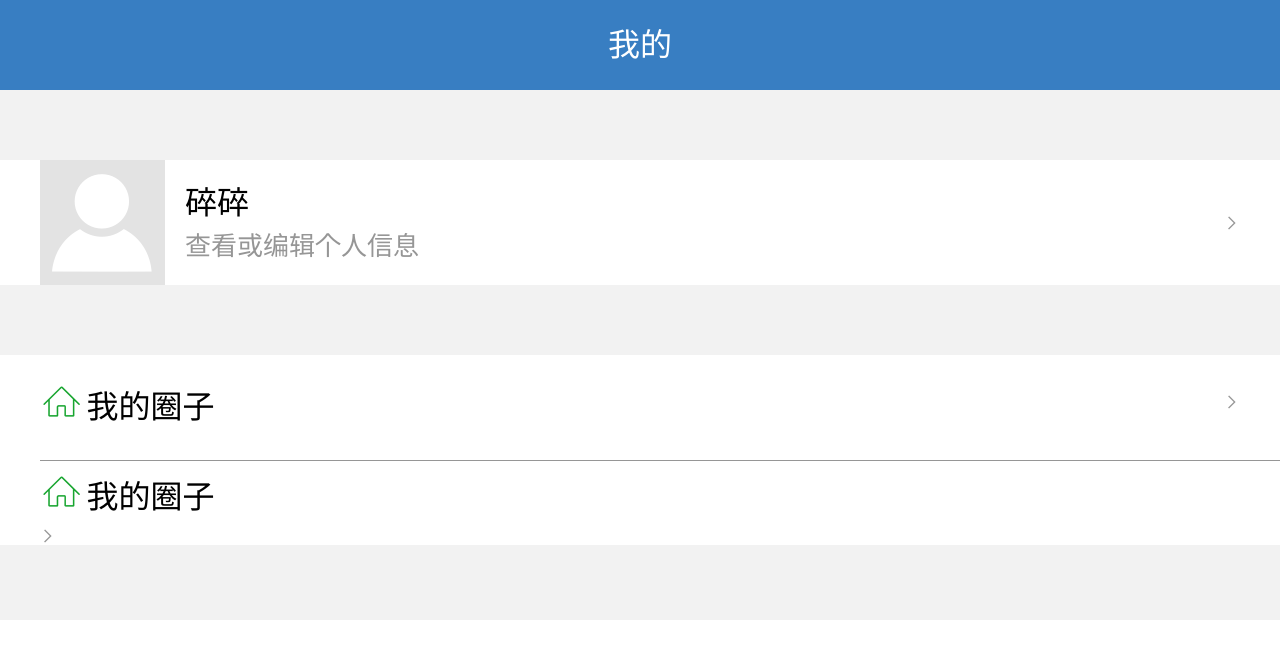
Repository: A1LExX/H5_study_set
Page: myProfile/index.html
An editor plug-in stored every save of this project. The page is shown before and after the next save, followed by the edit.
The browser window is 1280 px wide. The pictures show the whole page.
An inner scrolling area shows only its first screen.

Above is the page before, as saved 2021-07-12 20:42:01.

### myProfile/index.html
<!--
@author [Alex Wei]
@email [w2262196@outlook.com]
@create date 2021-07-12 18:52:43
@modify date 2021-07-12 20:41:53
@desc [description]
-->
<!DOCTYPE html>
<html lang="en">

<head>
    <meta charset="UTF-8">
    <meta http-equiv="X-UA-Compatible" content="IE=edge">
    <meta name="viewport" content="width=device-width, initial-scale=1.0">
    <!-- 引入重制样式表 -->
    <link rel="stylesheet" href="./css/reset.css">
    <!-- 引入移动端适配js -->
    <script src="./js/rem.js"></script>
    <!-- 引入字体图标样式表 -->
    <link rel="stylesheet" href="./css/iconfont.css">
    <!-- 引入当前页面样式表 -->
    <link rel="stylesheet" href="./css/index.css">
    <title>Document</title>
</head>

<body>
    <!-- 页眉 -->
    <div id="top">我的</div>
    <!-- 中间部分 -->
    <div id="mid">
        <div class="proFile">
            <div class="profileLeft">
                <div class="profileImg">
                    <span class="iconfont icon-icontouxiang"></span>
                </div>
                <div class="profileWord">
                    <span>碎碎</span>
                    <span>查看或编辑个人信息</span>
                </div>
            </div>
            <div class="iconfont icon-arrow-right"></div>
        </div>
        <div class="itemOne">
            <div class="itemTop">
                <div class="itemDown">
                    <span class="iconfont icon-fangzi1"></span>
                    <span>我的圈子</span>
                </div>
            <div class="iconfont icon-arrow-right"></div>
            </div>
            <div class="itemTop2">
                <div class="itemDown">
                    <span class="iconfont icon-fangzi1"></span>
                    <span>我的圈子</span>
                </div>
            <div class="iconfont icon-arrow-right"></div>
            </div>

        </div>
        <div class="itemTwo"></div>
        <div class="setting"></div>
    </div>
    <!-- 页脚 -->
    <div id="footer"></div>
</body>

</html>

### myProfile/css/reset.css
/**
 * @author [Alex Wei]
 * @email [w2262196@outlook.com]
 * @create date 2021-07-12 19:03:59
 * @modify date 2021-07-12 19:05:27
 * @desc [description]
 */
/*
KISSY CSS Reset
理念：1. reset 的目的不是清除浏览器的默认样式，这仅是部分工作。清除和重置是紧密不可分的。
2. reset 的目的不是让默认样式在所有浏览器下一致，而是减少默认样式有可能带来的问题。
3. reset 期望提供一套普适通用的基础样式。但没有银弹，推荐根据具体需求，裁剪和修改后再使用。
特色：1. 适应中文；2. 基于最新主流浏览器。
维护：玉伯<lifesinger@gmail.com>, 正淳<ragecarrier@gmail.com>
 */

/** 清除内外边距 **/
body, h1, h2, h3, h4, h5, h6, hr, p, blockquote, /* structural elements 结构元素 */
dl, dt, dd, ul, ol, li, /* list elements 列表元素 */
pre, /* text formatting elements 文本格式元素 */
form, fieldset, legend, button, input, textarea, /* form elements 表单元素 */
th, td /* table elements 表格元素 */ {
  margin: 0;
  padding: 0;
}

/** 设置默认字体 **/
body,
button, input, select, textarea /* for ie */ {
  font: 12px/1.5 tahoma, arial, \5b8b\4f53, sans-serif;
}
h1, h2, h3, h4, h5, h6 { font-size: 100%; }
address, cite, dfn, em, var { font-style: normal; } /* 将斜体扶正 */
code, kbd, pre, samp { font-family: courier new, courier, monospace; } /* 统一等宽字体 */
small { font-size: 12px; } /* 小于 12px 的中文很难阅读，让 small 正常化 */

/** 重置列表元素 **/
ul, ol { list-style: none; }

/** 重置文本格式元素 **/
a { text-decoration: none; }
a:hover { text-decoration: underline; }


/** 重置表单元素 **/
legend { color: #000; } /* for ie6 */
fieldset, img { border: 0; } /* img 搭车：让链接里的 img 无边框 */
button, input, select, textarea { font-size: 100%; } /* 使得表单元素在 ie 下能继承字体大小 */
/* 注：optgroup 无法扶正 */

/** 重置表格元素 **/
table { border-collapse: collapse; border-spacing: 0; }

/* 清除浮动 */
.ks-clear:after, .clear:after {
  content: '\20';
  display: block;
  height: 0;
  clear: both;
}

.ks-clear, .clear {
  *zoom: 1;
}

### myProfile/js/rem.js
//designWidth:设计稿的实际宽度值，需要根据实际设置
//maxWidth:制作稿的最大宽度值，需要根据实际设置
//这段js的最后面有两个参数记得要设置，一个为设计稿实际宽度，一个为制作稿最大宽度，例如设计稿为750，最大宽度为750，则为(750,750)
;(function(designWidth, maxWidth) {
	var doc = document,
	win = window,
	docEl = doc.documentElement,
	remStyle = document.createElement("style"),
	tid;

	function refreshRem() {
		var width = docEl.getBoundingClientRect().width;
		maxWidth = maxWidth || 540;
		width>maxWidth && (width=maxWidth);
		//屏幕宽度 * 100 / 设计稿宽度
		var rem = width * 100 / designWidth;
		remStyle.innerHTML = 'html{font-size:' + rem + 'px;}';
	}

	if (docEl.firstElementChild) {
		docEl.firstElementChild.appendChild(remStyle);
	} else {
		var wrap = doc.createElement("div");
		wrap.appendChild(remStyle);
		doc.write(wrap.innerHTML);
		wrap = null;
	}
	//要等 wiewport 设置好后才能执行 refreshRem，不然 refreshRem 会执行2次；
	refreshRem();

	win.addEventListener("resize", function() {
		clearTimeout(tid); //防止执行两次
		tid = setTimeout(refreshRem, 300);
	}, false);

	win.addEventListener("pageshow", function(e) {
		if (e.persisted) { // 浏览器后退的时候重新计算
			clearTimeout(tid);
			tid = setTimeout(refreshRem, 300);
		}
	}, false);

	if (doc.readyState === "complete") {
		doc.body.style.fontSize = "16px";
	} else {
		doc.addEventListener("DOMContentLoaded", function(e) {
			doc.body.style.fontSize = "16px";
		}, false);
	}
})(750, 750);

### myProfile/css/iconfont.css
@font-face {
  font-family: "iconfont"; /* Project id  */
  src: url('../fonts/iconfont.ttf?t=1626088719469') format('truetype');
}

.iconfont {
  font-family: "iconfont" !important;
  font-size: 16px;
  font-style: normal;
  -webkit-font-smoothing: antialiased;
  -moz-osx-font-smoothing: grayscale;
}

.icon-arrow-right:before {
  content: "\e601";
}

.icon-fangzi:before {
  content: "\e614";
}

.icon-fangzi1:before {
  content: "\e6d3";
}

.icon-icontouxiang:before {
  content: "\e622";
}

.icon-quanquanb:before {
  content: "\e6d4";
}

.icon-baobiao:before {
  content: "\e65c";
}

.icon-liuyan:before {
  content: "\e615";
}

.icon-shouye:before {
  content: "\e60b";
}

.icon-baoming:before {
  content: "\e664";
}

.icon-shezhi:before {
  content: "\e63a";
}

.icon-dibudaohanglan-:before {
  content: "\e630";
}

.icon-renyuan:before {
  content: "\e61a";
}

### myProfile/css/index.css
/**
 * @author [Alex Wei]
 * @email [w2262196@outlook.com]
 * @create date 2021-07-12 19:23:21
 * @modify date 2021-07-12 20:42:01
 * @desc [description]
 */
html, body{
    width: 100%;
    height: 100%;
}

body{
    display: flex;
    flex-direction: column;
}

#top{
    height: .9rem;
    background: #387ec2;
    color: white;
    font-size: .32rem;
    line-height: .9rem;
    text-align: center;
}


#mid{
    flex: 1;
    background: #f2f2f2;
    overflow: scroll;
    display: flex;
    flex-direction: column;
}

#mid .profileImg{
    width: 1.25rem;
    height: 1.25rem;
    background: #e3e3e3;
    text-align: center;
    margin-right: .20rem;
}

.proFile{
    display: flex;
    justify-content: space-between;
    align-items: center;
    background: white;
    height: 1.6rem;
}

.icon-icontouxiang{
    font-size: 1rem;
    line-height: 1.25rem;
    /* text-align: center; */
    color: white;
}

.profileLeft{
    display: flex;
    justify-content: space-between;
    align-items: center;
}

.profileWord span:first-child{
    font-size: .32rem;
}

.profileWord span:last-child{
    /* display: inline; */
    display: block;
    font-size: .26rem;
    color: #969696;
}

.icon-arrow-right{
    color: #969696;
    margin-right: .4rem;
}

#mid>div{
    margin-top: .7rem;
}

#mid>div{
    padding-left: .4rem;
    /* padding-right: .4rem; */
}

.itemOne{
    height: 1.9rem;
    background: white;
    display: flex;
    flex-direction: column;
}

.itemTop{
    display: flex;
    justify-content: space-between;
    line-height: .95rem;
    border-bottom: 0.01rem solid #969696;
}

.itemDown span:first-child{
    font-size: .42rem;
    color: rgb(23, 165, 47);
}

.itemDown span:last-child{
    font-size: .32rem;
}

.itemTop{
    display: flex;
    justify-content: space-between;
    line-height: .95rem;
    border-bottom: 0.01rem solid #969696;
}

.itemTwo{
    height: 1.9rem;
    background: white;
    display: flex;
    flex-direction: column;
}

.setting{
    height: .96rem;
    background: white;
}

#footer{
    height: 1rem;
}

After the next save:
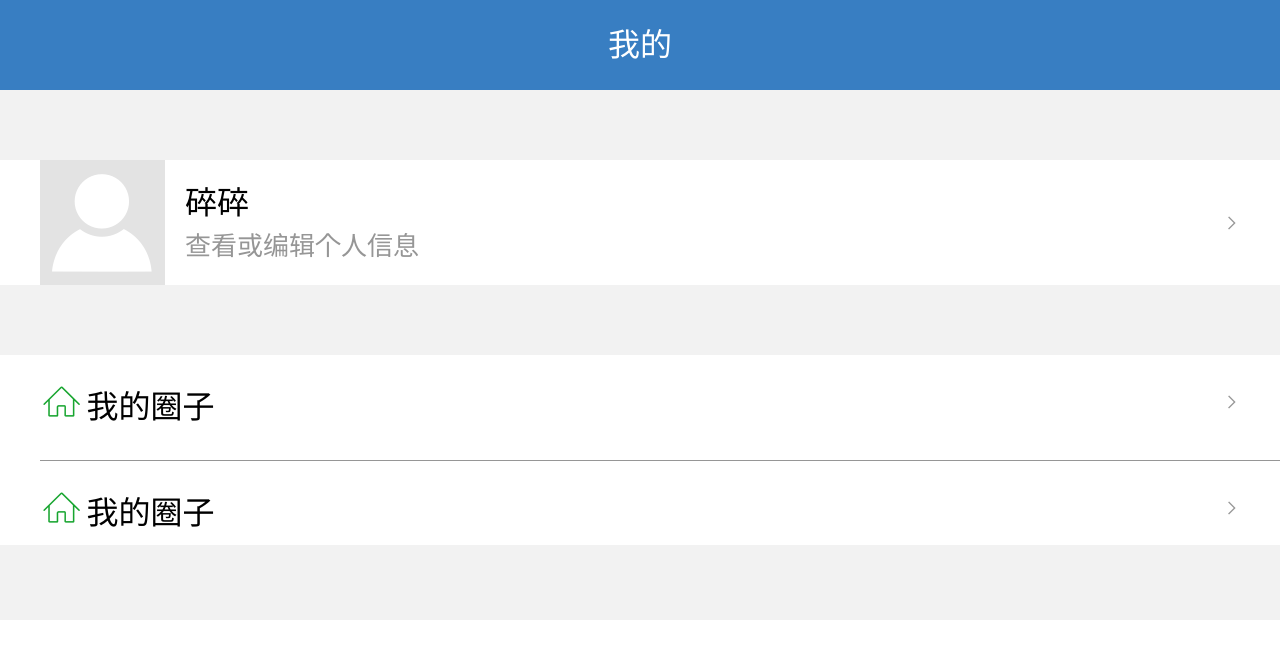
Saved 8 s later.
--- a/myProfile/css/index.css
+++ b/myProfile/css/index.css
@@ -2,7 +2,7 @@
  * @author [Alex Wei]
  * @email [w2262196@outlook.com]
  * @create date 2021-07-12 19:23:21
- * @modify date 2021-07-12 20:42:01
+ * @modify date 2021-07-12 20:42:09
  * @desc [description]
  */
 html, body{
@@ -110,11 +110,10 @@ body{
     font-size: .32rem;
 }
 
-.itemTop{
+.itemTop2{
     display: flex;
     justify-content: space-between;
     line-height: .95rem;
-    border-bottom: 0.01rem solid #969696;
 }
 
 .itemTwo{
